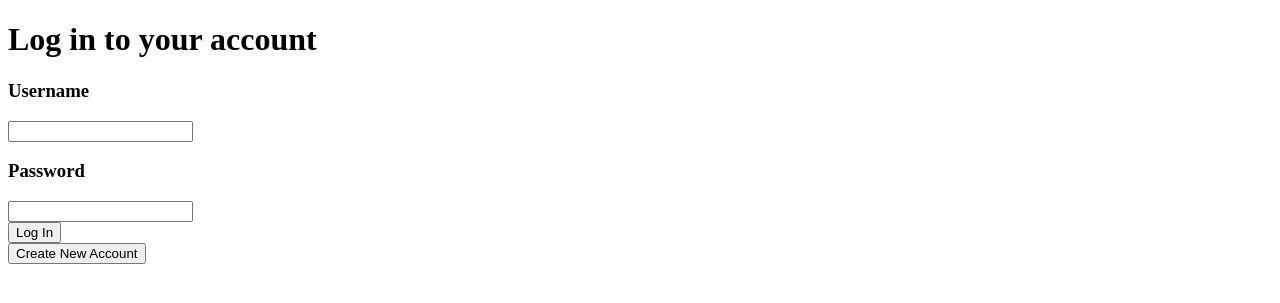
Repository: ir1998/cs201
Page: InvestCS/WebContent/index.html
The author's editor kept a copy of each file at every save. The page is drawn from the files as they stood at one save, then again after the next save.
The browser window is 1280 px wide. The pictures show the whole page.

Above is the page before, as saved 2017-03-30 22:47:25.

After the next save:
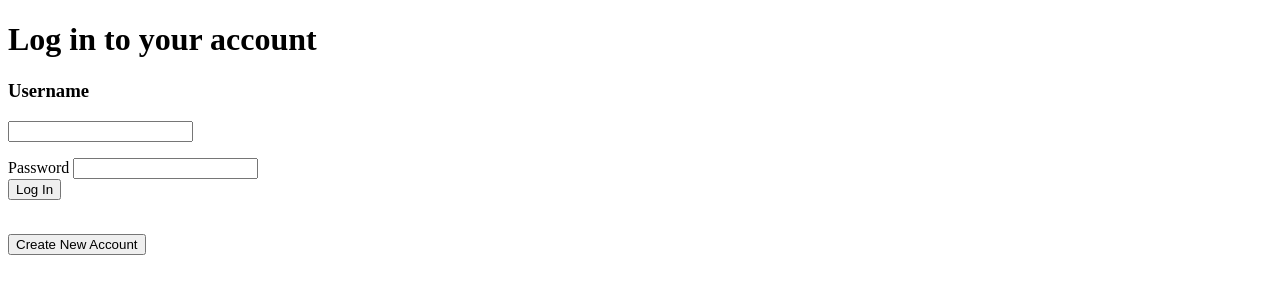
Saved 90 s later.
--- a/InvestCS/WebContent/index.html
+++ b/InvestCS/WebContent/index.html
@@ -11,11 +11,12 @@
     <h3>Username</h3>
 		<input type="text" id="username" name="username"/>
     <br>
-    <h3>Password</h3>
+    <p>Password</h3>
     <input type="text" id="password" name="password"/>
     <br>
 		<input type="submit" value="Log In"/>
   </form>
+  <br>
 	<button type= "button" id="createAccount"> Create New Account </button>
 
 </body>
